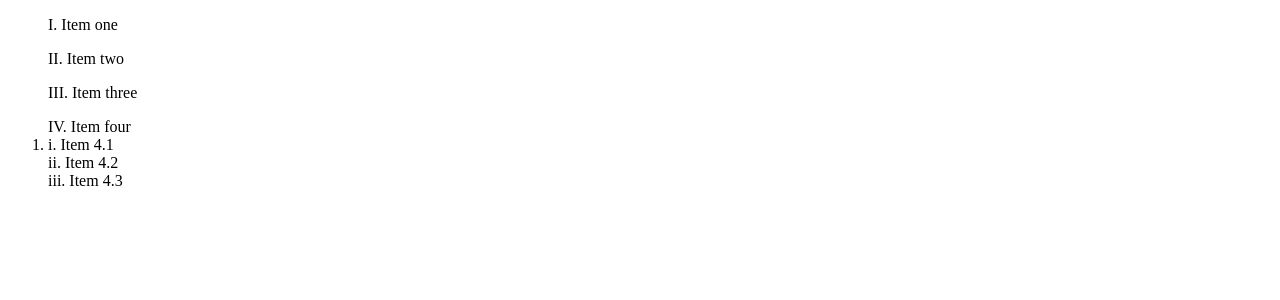
Repository: PhamChiXuan1/HTCNW_tuan3_DHCNTT16C_PhamChiXuan_20030131
Page: bt4.html
The author's editor kept a copy of each file at every save. The page is drawn from the files as they stood at one save, then again after the next save.
The browser window is 1280 px wide. The pictures show the whole page.

Above is the page before, as saved 2022-02-26 20:55:23.

After the next save:
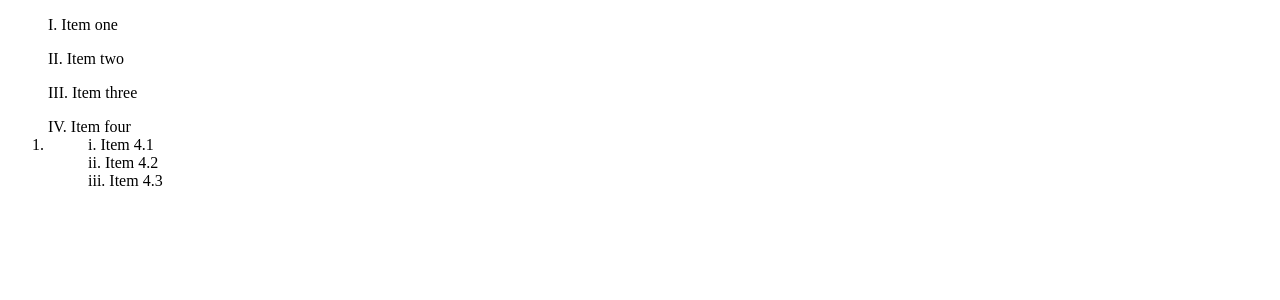
Saved 23 s later.
--- a/bt4.html
+++ b/bt4.html
@@ -12,9 +12,11 @@
    <ol>III. Item three</ol>
    <ol>IV. Item four
        <li>
-           i. Item 4.1 <br>
-           ii. Item 4.2 <br>
-           iii. Item 4.3
+          <ol>
+            i. Item 4.1 <br>
+            ii. Item 4.2 <br>
+            iii. Item 4.3
+          </ol>
        </li>
    </ol>
    <ol></ol>
